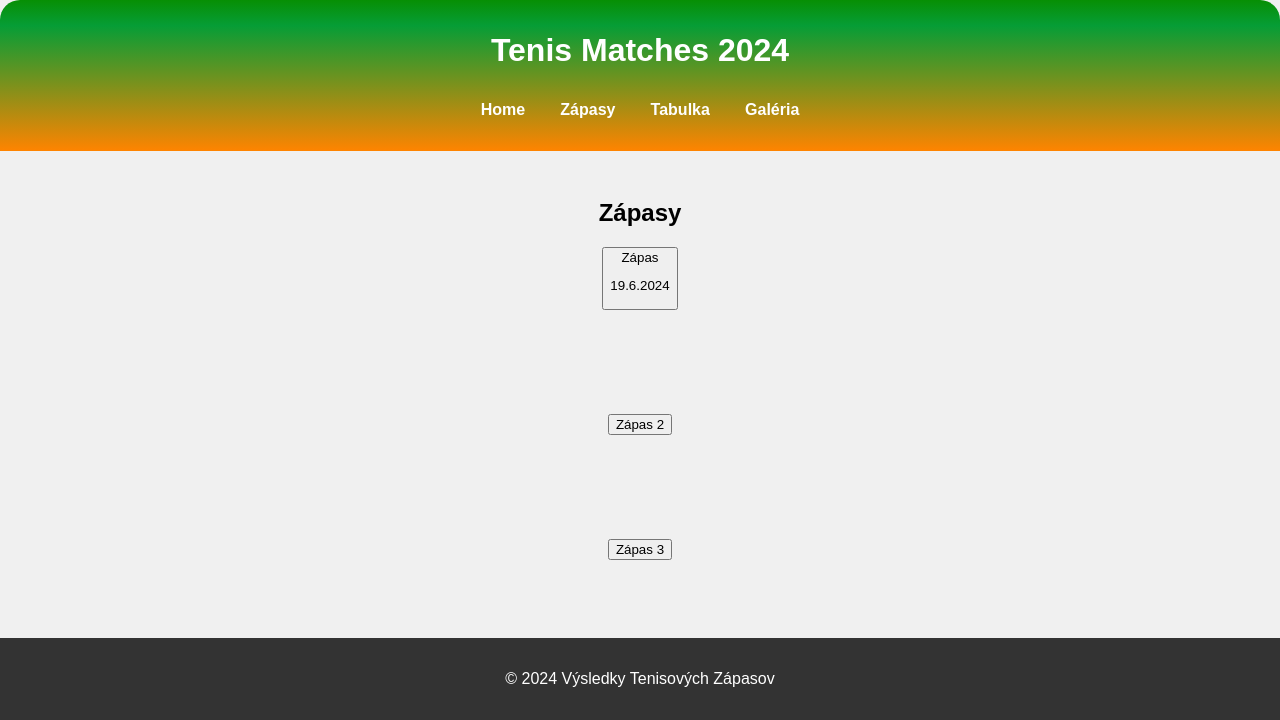
Repository: Badynko/tenis
Page: matches.html
These files come from the project's save history. The page is drawn as it stood at one moment and after the next save; the edit follows.
The browser window is 1280 px wide. The pictures show the whole page.

Above is the page before, as saved 2024-07-23 16:33:46.
Console error: ReferenceError: Cannot access '$matches' before initialization

### matches.html
<!DOCTYPE html>
<html lang="sk">
  <head>
    <meta charset="UTF-8" />
    <meta name="viewport" content="width=device-width, initial-scale=1.0" />
    <title>Tenis Matches 2024</title>
    <link rel="stylesheet" href="css/style.css" />
  </head>
  <body>
    <header>
      <h1>Tenis Matches 2024</h1>
      <nav>
        <ul class="menu">
          <li><a href="index.html">Home</a></li>
          <li><a href="matches.html">Zápasy</a></li>
          <li><a href="table.html">Tabulka</a></li>
          <li><a href="gallery.html">Galéria</a></li>
        </ul>
      </nav>
    </header>
    <main>
      <section id="zapasy">
        <h2>Zápasy</h2>

        <button class="accordion">
          Zápas
          <p>19.6.2024</p>
        </button>
        <div class="match, hidden">
          <div class="player">Bady</div>
          <div class="score">6 - 4, 4 - 6, 6 - 2</div>
          <div class="player">Wicta</div>
        </div>

        <button class="accordion">Zápas 2</button>
        <div class="match, hidden">
          <div class="player">Bady</div>
          <div class="score">6 - 3, 7 - 5</div>
          <div class="player">Wicta</div>
        </div>

        <button class="accordion">Zápas 3</button>
        <div class="match, hidden">
          <div class="player">Bady</div>
          <div class="score">6 - 3, 7 - 5</div>
          <div class="player">Wicta</div>
        </div>
      </section>
    </main>
    <footer>
      <p>&copy; 2024 Výsledky Tenisových Zápasov</p>
    </footer>
    <script src="js/script-matches.js"></script>
  </body>
</html>

### css/style.css
body {
  font-family: Arial, sans-serif;
  margin: 0;
  padding: 0;
  background-color: #f0f0f0;
}

header {
  background-color: #12684e;
  color: #fff;
  text-align: center;
  padding: 1rem 0;
  border-radius: 20px 20px 0 0;
  background: rgb(7, 143, 4);
  background: linear-gradient(
    180deg,
    rgba(7, 143, 4, 1) 0%,
    rgba(6, 157, 54, 1) 17%,
    rgba(255, 132, 0, 1) 100%
  );
  font-family: Century Gothic, CenturyGothic, AppleGothic, sans-serif;
}

h1 {
  margin: 0;
  margin-top: 1rem;
}

nav {
  margin: 2rem 0;
  margin-bottom: 0;
}

.menu {
  list-style-type: none;
  padding: 0;
  display: flex;
  justify-content: center;
}

.menu li {
  margin: 0 1rem;
}

.menu a {
  color: #fff;
  text-decoration: none;
  padding: 0.5rem 0.1rem;
  border-radius: 5px;
  transition: background-color 0.3s;
  font-weight: bold;
}

.menu a:hover {
  background-color: #575757;
}

main {
  padding: 1rem;
  text-align: center;
}

section {
  margin: 2rem 0;
}

.match {
  background-color: #fff;
  margin: 1rem 0;
  padding: 1rem;
  border-radius: 5px;
  box-shadow: 0 0 10px rgba(0, 0, 0, 0.1);
  display: flex;
  justify-content: space-between;
  align-items: center;
  flex-wrap: wrap;
}

.player {
  font-size: 1.2rem;
  flex: 1 1 100%;
  text-align: center;
  margin: 0.5rem 0;
}

.score {
  font-size: 1.5rem;
  flex: 1 1 100%;
  text-align: center;
  font-weight: bold;
  color: #333;
  margin: 0.5rem 0;
}

footer {
  background-color: #333;
  color: #fff;
  text-align: center;
  padding: 1rem 0;
  position: fixed;
  left: 0;
  bottom: 0;
  width: 100%;
}

@media (min-width: 600px) {
  .match {
    flex-wrap: nowrap;
  }

  .player,
  .score {
    flex: 1;
    text-align: left;
  }

  .score {
    text-align: center;
  }
}

/* HOME SLIDER */
.slider {
  margin-top: 3rem;
  width: 100%;
  padding-bottom: 50%;
}
.slider img {
  width: 100%;
}
.wrapper {
  width: 100%;
  margin: 0;
}
@media only screen and (min-width: 1024px) {
  .wrapper {
    width: 1024px;
    margin: auto;
  }
}

/* Javascript Classes */

.hidden {
  visibility: hidden;
}

### js/script-matches.js
"use strict";

const $match = document.querySelectorAll(".accordion");
const $details = document.querySelectorAll(".match");

const $matches = $matches.forEach(($match) =>
  $match.addEventListener("click", function () {
    $match.classList.add("hidden");
  })
);

After the next save:
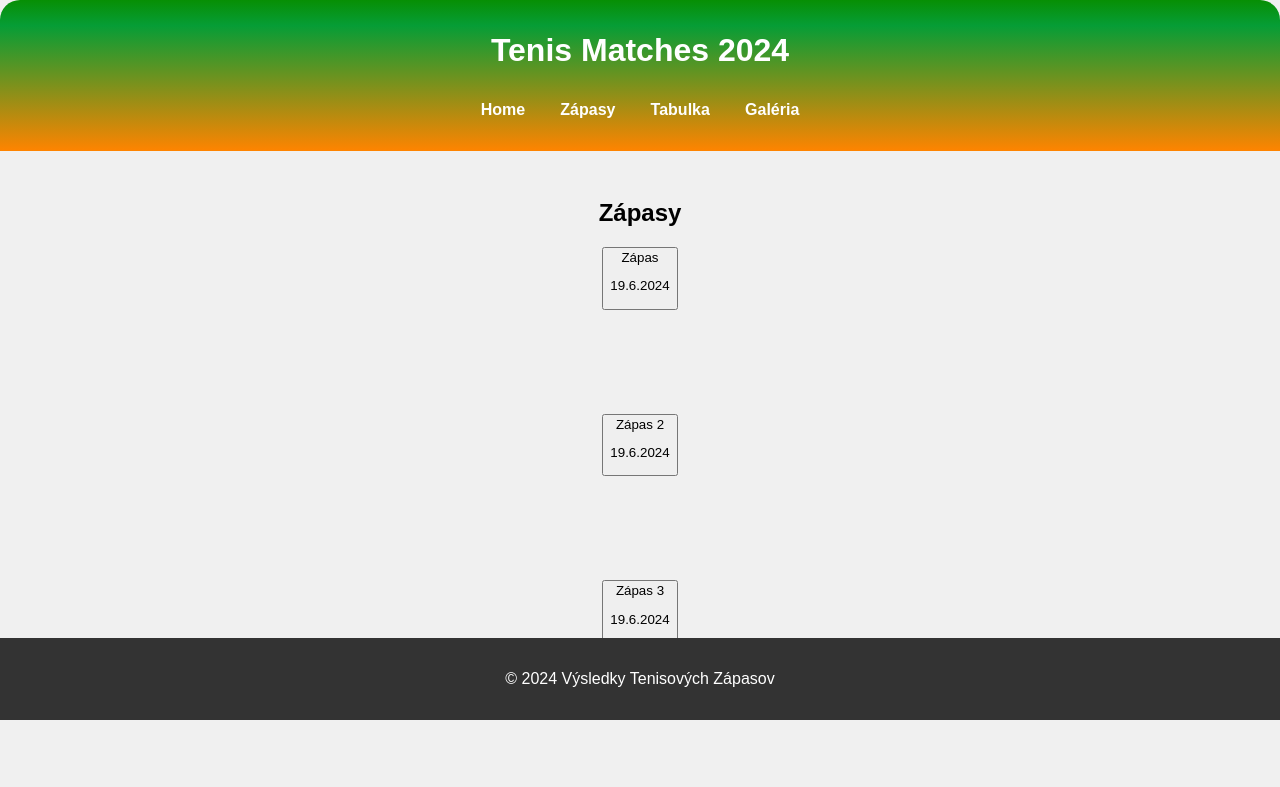
Saved 17 s later.
--- a/matches.html
+++ b/matches.html
@@ -32,14 +32,20 @@
           <div class="player">Wicta</div>
         </div>
 
-        <button class="accordion">Zápas 2</button>
+        <button class="accordion">
+          Zápas 2
+          <p>19.6.2024</p>
+        </button>
         <div class="match, hidden">
           <div class="player">Bady</div>
           <div class="score">6 - 3, 7 - 5</div>
           <div class="player">Wicta</div>
         </div>
 
-        <button class="accordion">Zápas 3</button>
+        <button class="accordion">
+          Zápas 3
+          <p>19.6.2024</p>
+        </button>
         <div class="match, hidden">
           <div class="player">Bady</div>
           <div class="score">6 - 3, 7 - 5</div>
